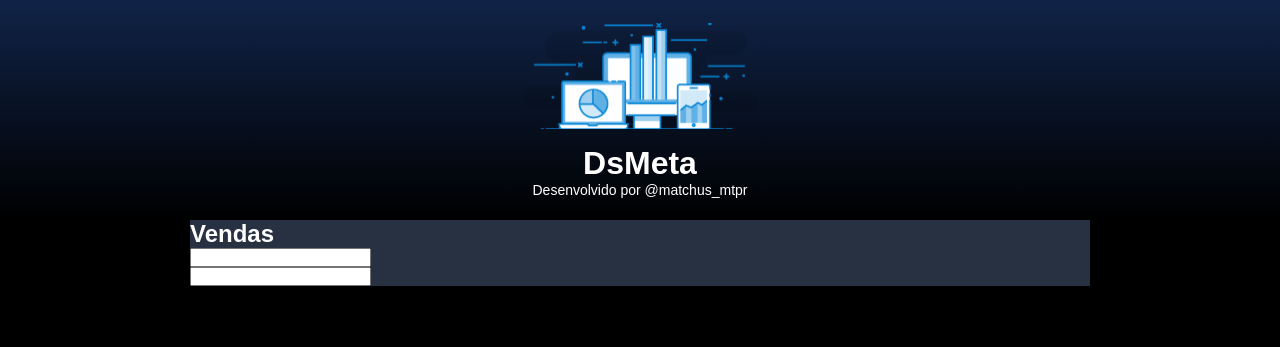
Repository: MatheusAlvesPereiraRosa/ds-meta
Page: index.html
The author's editor kept a copy of each file at every save. The page is drawn from the files as they stood at one save, then again after the next save.
The browser window is 1280 px wide. The pictures show the whole page.

Above is the page before, as saved 2022-09-01 11:43:59.

### index.html
<!DOCTYPE html>
<html lang="en">
  <head>
    <meta charset="UTF-8" />
    <meta http-equiv="X-UA-Compatible" content="IE=edge" />
    <meta name="viewport" content="width=device-width, initial-scale=1.0" />
    <title>Document</title>

    <link rel="stylesheet" href="styles.css" />
  </head>

  <body>
    <header>
      <div class="dsmeta-logo-container">
        <img src="logo.svg" alt="Logo" />
        <h1>DsMeta</h1>
        <p>
          Desenvolvido por
          <a href="https://www.instagram.com/matchus_mtpr">@matchus_mtpr</a>
        </p>
      </div>
    </header>

    <main>
      <section id="sales">
        <div class="dsmeta-container">
          <div class="dsmeta-card">
            <h2>Vendas</h2>
            <div>
              <div>
                <input type="text" />
              </div>
              <div>
                <input type="text" />
              </div>
            </div>
          </div>
        </div>
      </section>
    </main>
  </body>
</html>

### styles.css
@import url('https://fonts.googleapis.com/css2?family=Roboto:wght@300&display=swap');

* {
    font-family: 'Rotobto', sans-serif;
    box-sizing: border-box;
    margin: 0;
    padding: 0;
}

header {
    background: linear-gradient(180deg, #102347 0%, transparent);
    height: 220px;
    display: flex;
    align-items: center;
    justify-content: center;
}

body, html {
    background-color: black;
    color: #fff;
}

a, a:hover, a:visited {
    color: unset;
    text-decoration: none;
}

.dsmeta-logo-container {
    display: flex;
    flex-direction: column;
    align-items: center;
}

.dsmeta-logo-container img{
    width: 235px;
}

.dsmeta-logo-container h1{
    margin-top: 15px;
}

.dsmeta-logo-container p{
    font-size: 14px;
    font-weight: 300;
}

.dsmeta-card {
    background-color: #283142;
}

.dsmeta-container {
    width: 100%;
    max-width: 900px;
    margin: 0 auto;
}

#id {
    padding: 40px 10px;
}

After the next save:
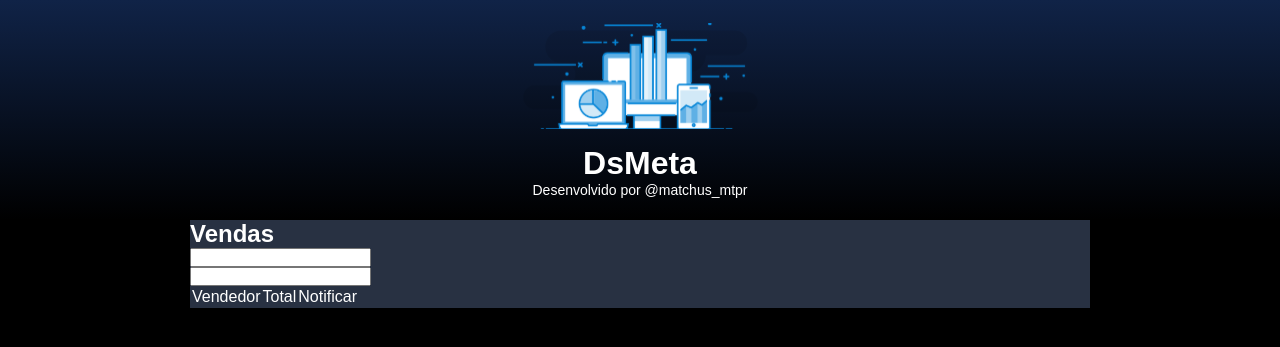
Saved 116 s later.
--- a/index.html
+++ b/index.html
@@ -34,6 +34,18 @@
                 <input type="text" />
               </div>
             </div>
+
+            <div>
+              <table>
+                <thead>
+                  <tr>
+                    <td>Vendedor</td>
+                    <td>Total</td>
+                    <td>Notificar</td>
+                  </tr>
+                </thead>
+              </table>
+            </div>
           </div>
         </div>
       </section>
